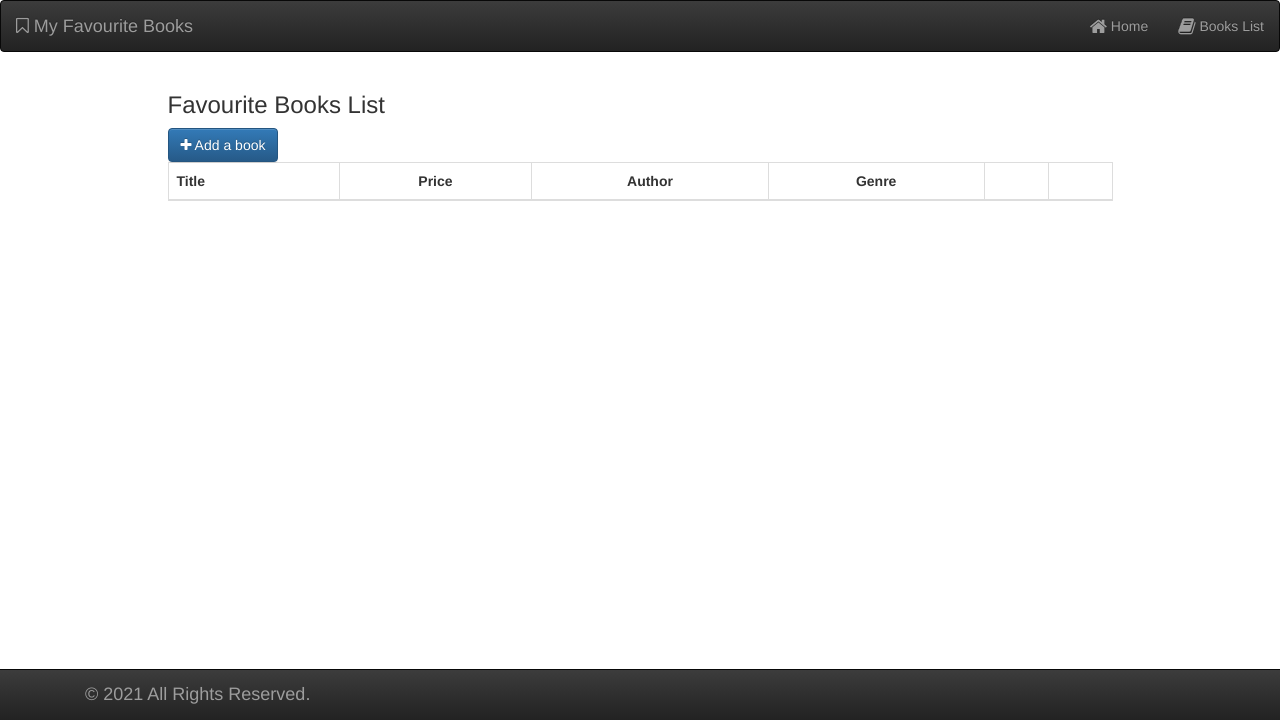
Repository: MateoD-0700/MyFirstRepo
Page: http://localhost/books
An editor plug-in stored every save of this project. The page is shown before and after the next save, followed by the edit.
The browser window is 1280 px wide. The pictures show the whole page.
The page is served by the project's Node server (server.js). Queries for data that is not in the repository find no rows.

Above is the page before, as saved 2021-06-22 16:38:33.

After the next save:
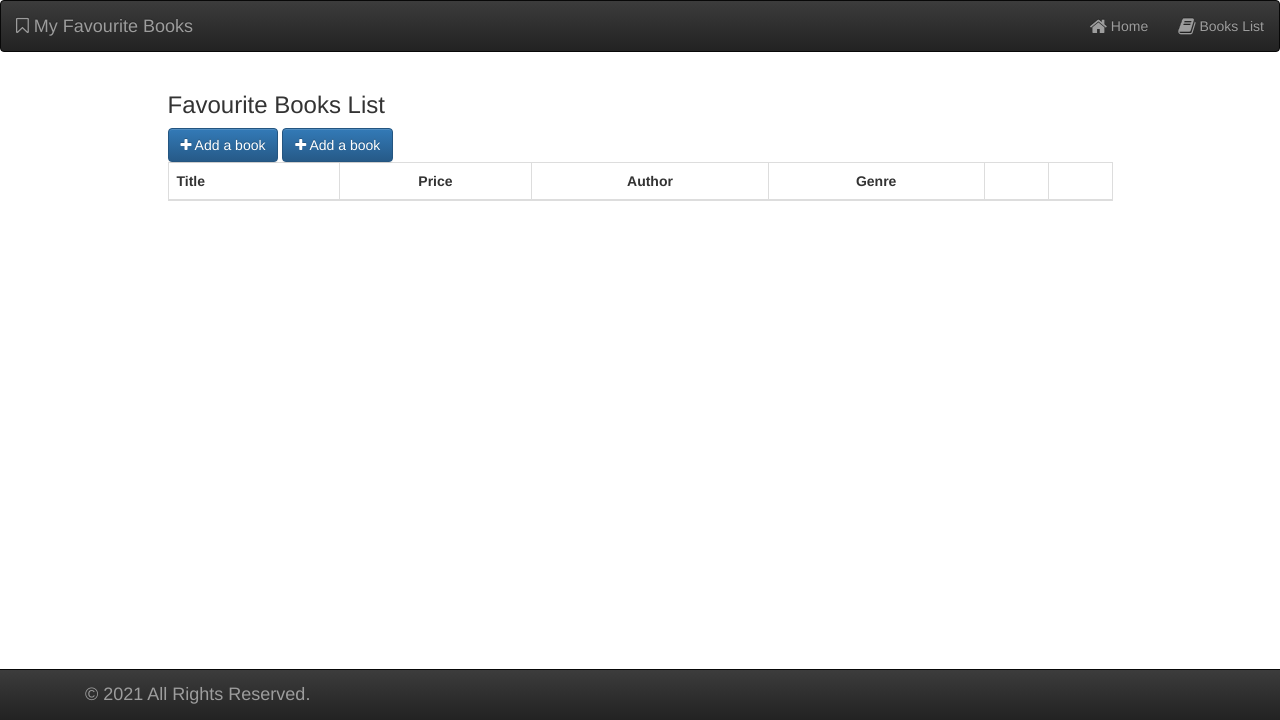
Saved 13 s later.
--- a/Desktop/Semester 3/Web Application Development/COMP229-F2020-Midterm--301156025--main/server/views/books/index.ejs
+++ b/Desktop/Semester 3/Web Application Development/COMP229-F2020-Midterm--301156025--main/server/views/books/index.ejs
@@ -8,6 +8,7 @@
           <!-- ------------------------ -->
           <!-- FIX THE ADD BUTTON BELOW -->
           <!-- ------------------------ -->
+          <a href="" class="btn btn-primary"><i class="fa fa-plus"></i> Add a book</a>
           <a href="" class="btn btn-primary"><i class="fa fa-plus"></i> Add a book</a>
           <br>
           <div class="table-responsive">
@@ -47,8 +48,7 @@
                     <!-- ADD the DELETE BUTTON HERE -->
                     <!-- ------------------------ -->
                   </td>
-                  <a href="<%= books[count]._id %>" class="btn btn-primary btn-sm">
-                          <i class="fas fa-edit"></i> Edit</a>
+
                 </tr>
                 <% } %>
               </tbody>
